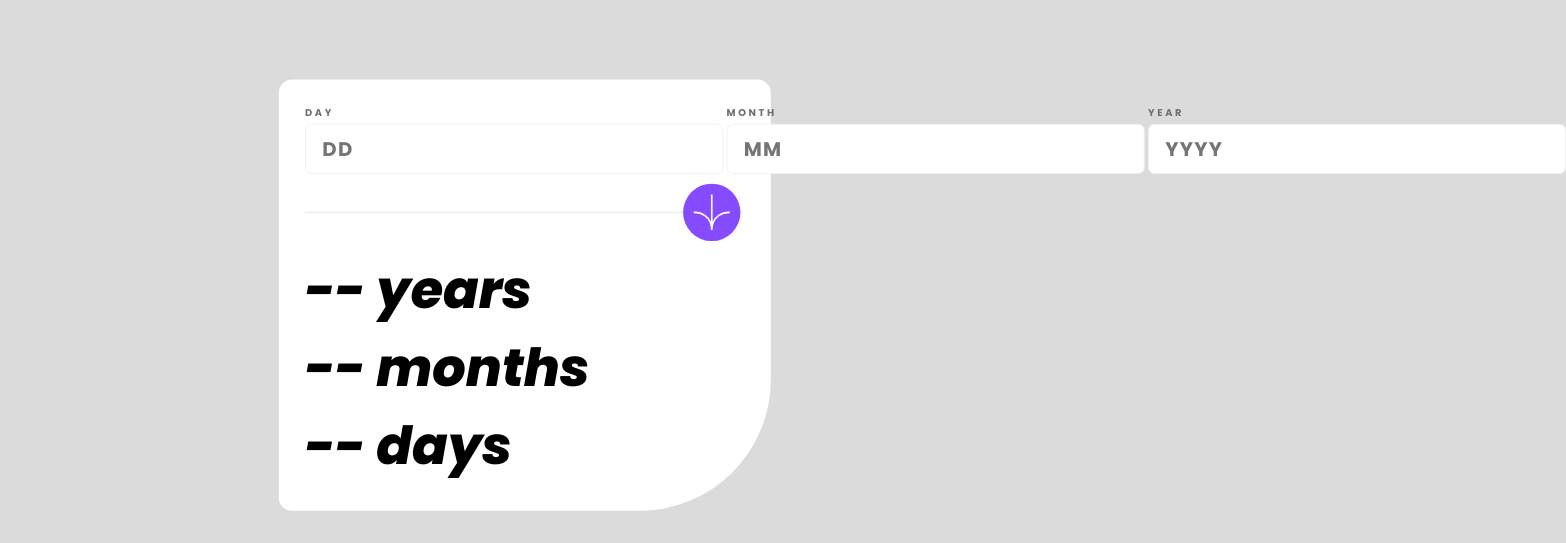
Repository: blordeus/age-calculator-app
Page: /
These files come from the project's save history. The page is drawn as it stood at one moment and after a run of saves; the edit follows.
The browser window is 1280 px wide. The page is 1910 px wide, so the pictures cover 1910 px, including what lies to the right of the window. The pictures show the whole page, at 82% of full size.
The project was rebuilt for these pictures with package versions that can differ from the ones it lists, and the page was loaded fresh each time.

Above is the page before, as saved 2023-08-23 15:53:56.

### src/App.js
 import { useState } from "react";
 import "./style.css";

 import arrowIcon from './images/icon-arrow.svg'

const App = () => {
  const [formData, setFormData] = useState({
    day: "",
    month: "",
    year: "",
  });

  const [formErrors, setFormErrors] = useState({
    day: "",
    month: "",
    year: "",
    generic: "",
  });

  const [output, setOutput] = useState({
    days: "",
    months: "",
    years: "",
  });

  const hasErrors = formErrors.day || formErrors.month || formErrors.year || formErrors.generic;

  return (
    <div className="card-container">
      <div className="inputs-container">
      <div className="input-label-container">
        <label htmlFor="day" style={{
          color: hasErrors ? "hsl(0,100%,67%)" : "hsl(0,1%,44%)",
        }}>Day</label>
        <input
        type="number"
        id="day"
        placeholder="DD"
        min={1}
        value={formData.day}
        style={{
          border: hasErrors
          ? '1px solid hsl(0,100%,67%)'
          : '1px solid hsl(0,0%,94%)'
        }}
        onChange={(e) =>
        setFormData((prevState) =>
        ({...prevState,
          day:e.target.value}))}
        />
        {formErrors.day && <p className="error">{formErrors.day}</p>}
      </div>

      <div className="input-label-container">
        <label htmlFor="month" style={{
          color: hasErrors ? "hsl(0,100%,67%)" : "hsl(0,1%,44%)",
        }}>Month</label>
        <input
        type="number"
        id="day"
        placeholder="MM"
        min={1}
        value={formData.month}
        style={{
          border: hasErrors
          ? '1px solid hsl(0,100%,67%)'
          : '1px solid hsl(0,0%,94%)'
        }}
        onChange={(e) =>
        setFormData((prevState) =>
        ({...prevState,
          month:e.target.value}))}
        />
        {formErrors.month && <p className="error">{formErrors.month}</p>}
      </div>

      <div className="input-label-container">
        <label htmlFor="year" style={{
          color: hasErrors ? "hsl(0,100%,67%)" : "hsl(0,1%,44%)",
        }}>Year</label>
        <input
        type="number"
        id="year"
        placeholder="YYYY"
        min={1}
        value={formData.year}
        style={{
          border: hasErrors
          ? '1px solid hsl(0,100%,67%)'
          : '1px solid hsl(0,0%,94%)'
        }}
        onChange={(e) =>
        setFormData((prevState) =>
        ({...prevState,
          year:e.target.value}))}
        />
        {formErrors.year && <p className="error">{formErrors.year}</p>}
      </div>
    </div>

    {formErrors.generic && (
      <p className="error generic">{formErrors.generic}</p>
    )}

<div className="divider-container">
  <div className="divider"></div>

  <button className="btn" onClick={() => null}>
    <img src={arrowIcon} alt="arrowIcon" />
  </button>
</div>

<div className="output-container">
  <h1>
    <span className="highlighted">
    {output.years === "" ? '--' : output.years}{" "}
    </span>
    {output.years === 1 ? 'year' : "years"}
    </h1>

    <h1>
    <span className="highlighted">
    {output.months === "" ? '--' : output.months}{" "}
    </span>
    {output.months === 1 ? 'month' : "months"}
    </h1>

    <h1>
    <span className="highlighted">
    {output.days === "" ? '--' : output.days}{" "}
    </span>
    {output.days === 1 ? 'day' : "days"}
    </h1>
</div>
    </div>
  );
};

export default App;

### src/style.css
@import url("https://fonts.googleapis.com/css2?family=Poppins:ital,wght@0,700;1,400;1,800&display=swap");

* {
  box-sizing: border-box;
  margin: 0;
  padding: 0;
  font-family: "Poppins", sans-serif;
}

:root {
  --Purple: hsl(259, 100%, 65%);
  --Light-red: hsl(0, 100%, 67%);
  --White: hsl(0, 0%, 100%);
  --Off-white: hsl(0, 0%, 94%);
  --Light-grey: hsl(0, 0%, 86%);
  --Smokey-grey: hsl(0, 1%, 44%);
  --Off-black: hsl(0, 0%, 8%);
}

body {
  background-color: var(--Light-grey);
  min-height: 100vh;
  display: flex;
  align-items: center;
  justify-content: center;
}

.card-container {
  width: 600px;
  border-radius: 1rem 1rem 10rem 1rem;
  background-color: var(--White);
  padding: 2rem;
  max-width: 90vw;
  margin-top: 1rem;
  margin-bottom: 1rem;
}

.inputs-container {
  display: flex;
  gap: 0.25rem;
}

.input-label-container {
  display: flex;
  flex-direction: column;
  gap: 0.25rem;
  flex: 1;
}

.input-label-container label {
  text-transform: uppercase;
  font-size: 0.75rem;
  letter-spacing: 0.2rem;
}

.input-label-container input {
  width: 130opx;
  padding: 0.75rem 1rem 0.75rem 1.25rem;
  font-size: 1.5rem;
  color: var(--Off-black);
  border-radius: 0.5rem;
  outline: none;
  letter-spacing: 0.1rem;
}

.error {
  color: var(--Light-red);
  font-weight: 400;
  font-style: italic;
  margin-top: 0.25rem;
  letter-spacing: 0.1rem;
  font-size: 0.75rem;
}

.error.generic {
  margin-top: 0.5rem;
}

.divider-container {
  display: flex;
  align-items: center;
  margin-top: 0.75rem;
  margin-bottom: 0.75rem;
}

.divider {
  height: 2px;
  background-color: var(--Off-white);
  width: 86%;
}

.btn {
  width: 70px;
  height: 70px;
  border-radius: 50%;
  background-color: var(--Purple);
  border:none;
  cursor: pointer;
  display: flex;
  align-items: center;
  justify-content: center;
}

.btn:hover {
  background-color: var(--Off-Black);
}

.output-container h1 {
  font-size: 4rem;
  font-weight: 800;
  font-style: italic;
}

Loaded but not shown: src/index.js (common file)

After the next 4 saves:
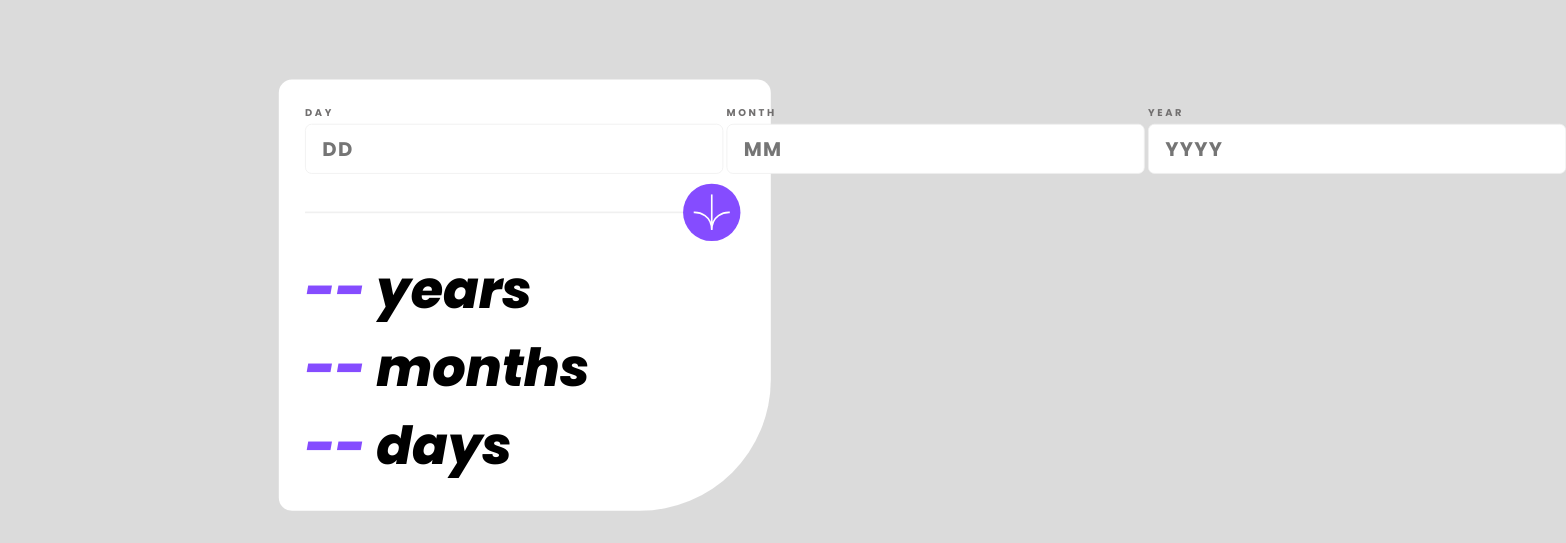
The 4 saves are shown as one change because they came seconds apart.
The last was saved 18 s later.
--- a/src/style.css
+++ b/src/style.css
@@ -110,3 +110,7 @@ body {
   font-weight: 800;
   font-style: italic;
 }
+
+.output-container .highlighted {
+  color: var(--Purple);
+}
